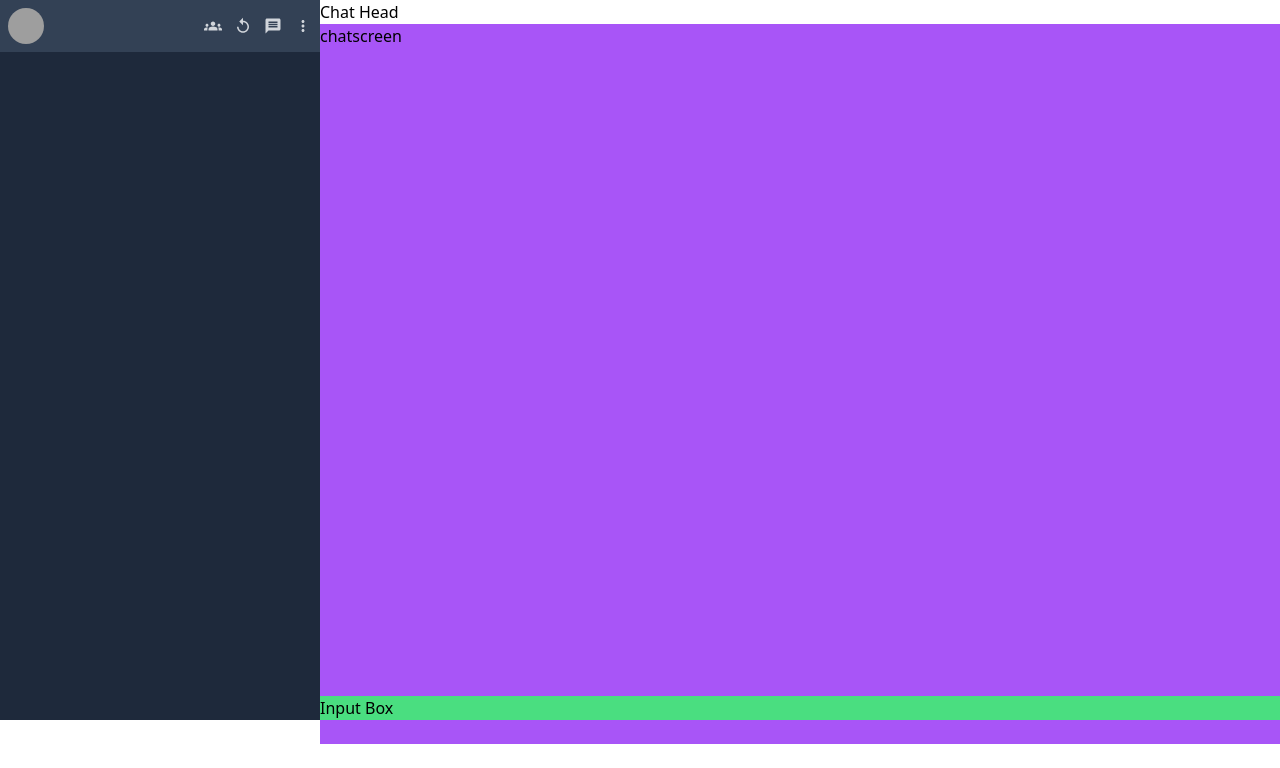
Repository: theanmol-raj/whatsapp
Page: /
These files come from the project's save history. The page is drawn as it stood at one moment and after the next save; the edit follows.
The browser window is 1280 px wide. The pictures show the whole page.
Pictures or frames that could not be fetched are drawn as grey boxes. The project was rebuilt for these pictures with package versions that can differ from the ones it lists, and the page was loaded fresh each time.

Above is the page before, as saved 2022-12-03 21:47:31.

After the next save:
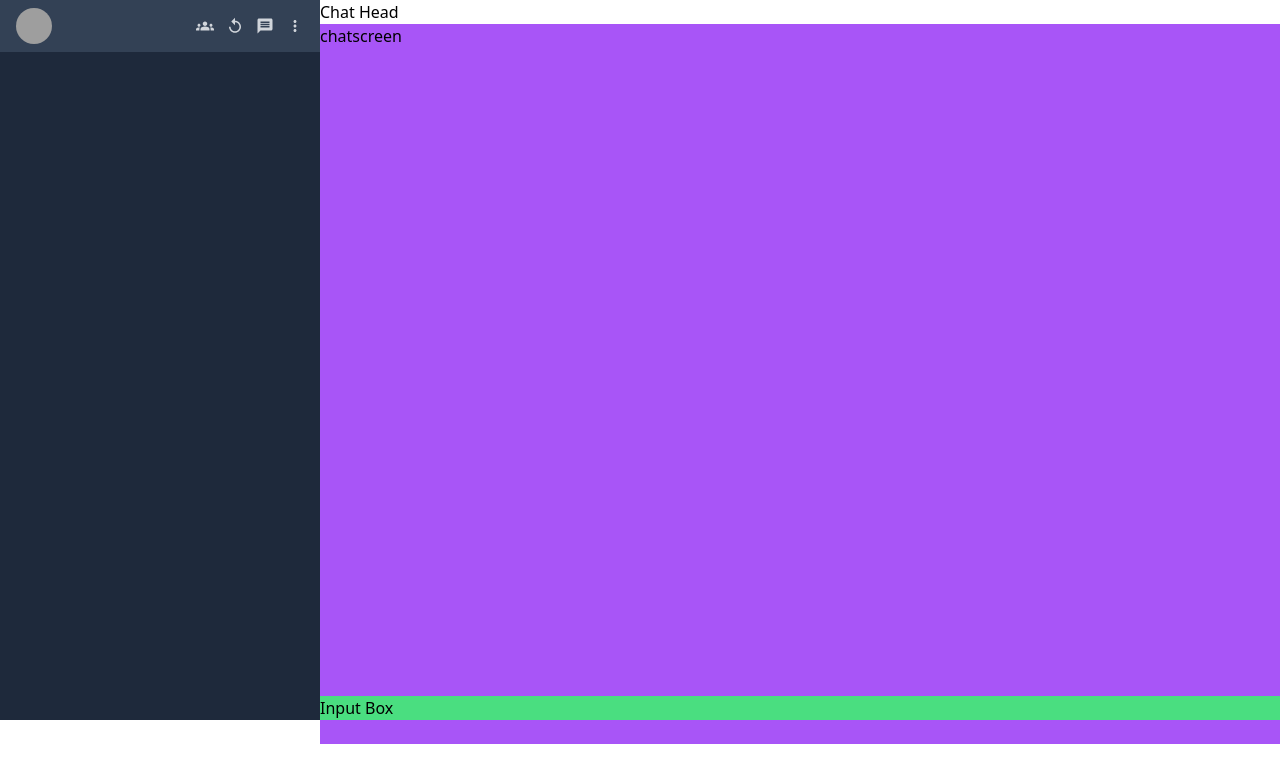
Saved 9 s later.
--- a/src/Components/ContactList.jsx
+++ b/src/Components/ContactList.jsx
@@ -7,7 +7,7 @@ import MoreVertIcon from '@mui/icons-material/MoreVert';
 function ContactList() {
   return (
     <div className=' bg-slate-800'>
-      <div className=' flex justify-between items-center p-2 bg-slate-700'>
+      <div className=' flex justify-between items-center p-2 px-4 bg-slate-700'>
         <img className=' rounded-full h-9 w-9' alt='' src="https://pps.whatsapp.net/v/t61.24694-24/158723607_419193396439292_5955373819812020282_n.jpg?stp=dst-jpg_s96x96&ccb=11-4&oh=01_AdRKjHR9ktMhs2HrAksQulr5trvWOTtpB53hlyDh0ZECbw&oe=63986EC2" />
         <div className=' flex text-gray-300 text-lg space-x-3'>
           <GroupsIcon fontSize='inherit' />
